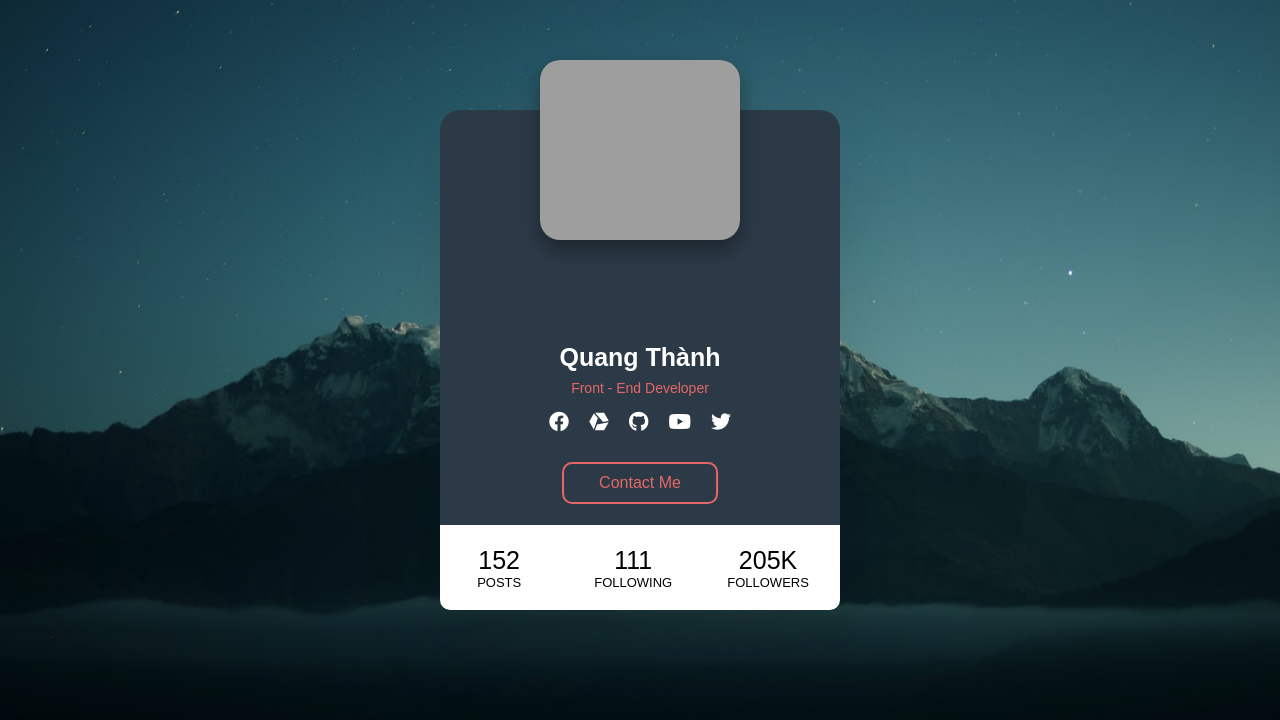
Repository: QuangThanh152/Profile-me
Page: index.html
The author's editor kept a copy of each file at every save. The page is drawn from the files as they stood at one save, then again after the next save.
The browser window is 1280 px wide. The pictures show the whole page.
Pictures or frames that could not be fetched are drawn as grey boxes.

Above is the page before, as saved 2022-10-07 16:19:10.

### index.html
<!DOCTYPE html>
<html lang="en">
<head>
    <meta charset="UTF-8">
    <meta http-equiv="X-UA-Compatible" content="IE=edge">
    <meta name="viewport" content="width=device-width, initial-scale=1.0">
    <link rel="stylesheet" href="./accets/font/fontawesome-free-6.1.2-web/css/all.min.css">
    <link rel="stylesheet" href="./accets/main.css">
    <title>Profile-QT</title>
</head>
<body>
    <div class="card">
        <div class="card-header">
            <img src="./accets/img/IMG_20220202_135645.jpg" alt="" class="img-me">
        </div>
        <div class="content">
            <div class="name">Quang Thành</div>
            <div class="desc">Front - End Developer</div>
            <div class="SocialNetwork">
                <a href="" class="icon"><i class="fa-brands fa-facebook"></i></a>
                <a href="" class="icon"><i class="fa-brands fa-instalod"></i></i></a>
                <a href="" class="icon"><i class="fa-brands fa-github"></i></i></a>
                <a href="" class="icon"><i class="fa-brands fa-youtube"></i></i></a>
                <a href="" class="icon"><i class="fa-brands fa-twitter"></i></i></a>
            </div>
            <a href="" class="btn-contact">Contact Me</a>
        </div>
        <div class="card-footer">
            <div class="number">
                <div class="item">
                    <span>152</span>
                    Posts
                </div>
            </div>
            <div class="number">
                <div class="item">
                    <span>111</span>
                    Following
                </div>
            </div>
            <div class="number">
                <div class="item">
                    <span>205K</span>
                    Followers
                </div>
            </div>
        </div>
    </div>
</body>
</html>

### accets/main.css
* {
    padding: 0;
    margin: 0;
    box-sizing: border-box;
    font-family: 'Poppins', sans-serif;
    text-decoration: none;
}

body {
    min-height: 100vh;
    background: url(/accets/img/img-big.jpg) no-repeat center;
    background-size: cover;
    display: flex;
    justify-content: center;
    align-items: center;
}

.card {
    position: relative;
    width: 400px;
    /* height: 190px; */
    height: 500px;
    border-radius: 20px;
    background: #2c3a47;
    transition: 0.2s;
    box-shadow: 0 35px 80px rgba(0,0,0,0.15);
    /* overflow: hidden; */
}
.card:hover {
    height: 500px;
}
.card-header {
    position: absolute;
    background: rgb(21, 19, 19);
    left: 50%;
    top: -50px;
    transform: translateX(-50%);
    width: 200px;
    height: 180px;
    border-radius: 20px;
    box-shadow: 0 10px 20px rgba(0,0,0,0.35);
    overflow: hidden;
    transition: 0.3s;
}
.card:hover .card-header {
    width: 250px;
    height: 250px;
    transition: 0.2s;
}
.img-me {
    position: absolute;
    top: 0;
    left: 0;
    width: 100%;
    height: 100%;
    object-fit: cover;
}
.content {
    position: absolute;
    top: 45%;
    text-align: center;
    align-items: center;
    left: 50%;
    transform: translateX(-50%);
}
.name {
    font-size: 25px;
    font-weight: 600;
    padding: 8px;
    color: #fff;
}
.desc {
    font-size: 14px;
    padding: 0 0 15px 0;
    color: #e66767;
}
.SocialNetwork {
    display: flex;
    justify-content: center;
    margin: 0 0 18px 0;
}
.SocialNetwork a{
    font-size: 20px;
    color: white;
    padding: 0 10px 0;
}
.SocialNetwork a:hover {
    color: #e66767;
}

.btn-contact {
    display: inline-block;
    font-size: 16px;
    padding: 10px 35px;
    border: 2px solid #e66767;
    border-radius: 10px;
    color: #e66767;
    margin-top: 10px;
}
.btn-contact:hover {
    background-color: #e66767;
    color: #f2f2f2;
}
.card-footer{
    position: absolute;
    display: flex;
    justify-content: center;
    align-items: center;
    bottom: 0;
    background: #fff;
    width: 100%;
    height: 85px;
    border-bottom-left-radius: 10px;
    border-bottom-right-radius: 10px;
}
.number{
    display: flex;
    text-align: center;
    padding: 10px 35px;
}
.number:nth-child(1) {
    padding-right: 5px;
}
.number:nth-child(2) {
    padding-right: 50px;
    padding-left: 68px;
}
.number:nth-child(3) {
    padding-left: 5px;
    padding-right: 29px;
}
.item{
    flex: 1;
    font-size: 13px;
    text-transform: uppercase;
}
.item span {
    display: block;
    font-size: 25px;
}

Loaded but not shown: accets/font/fontawesome-free-6.1.2-web/css/all.min.css (library)

After the next save:
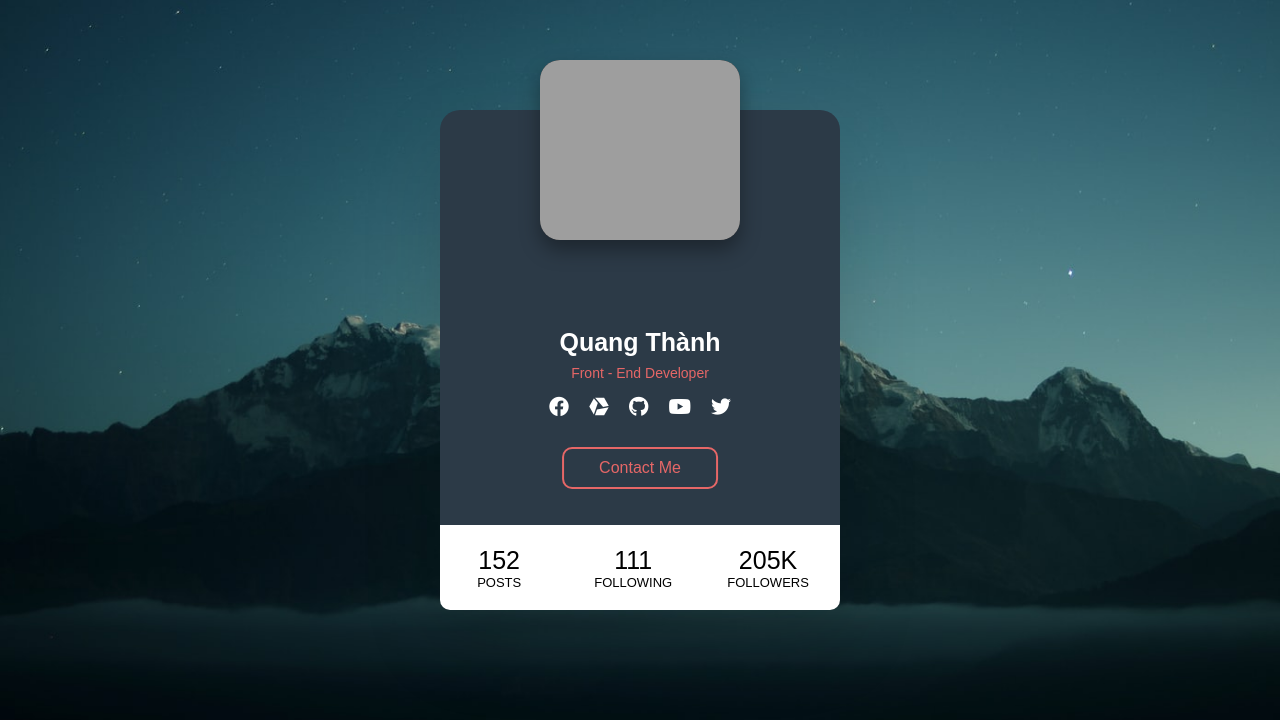
Saved 42 s later.
--- a/accets/main.css
+++ b/accets/main.css
@@ -57,7 +57,7 @@ body {
 }
 .content {
     position: absolute;
-    top: 45%;
+    top: 42%;
     text-align: center;
     align-items: center;
     left: 50%;
